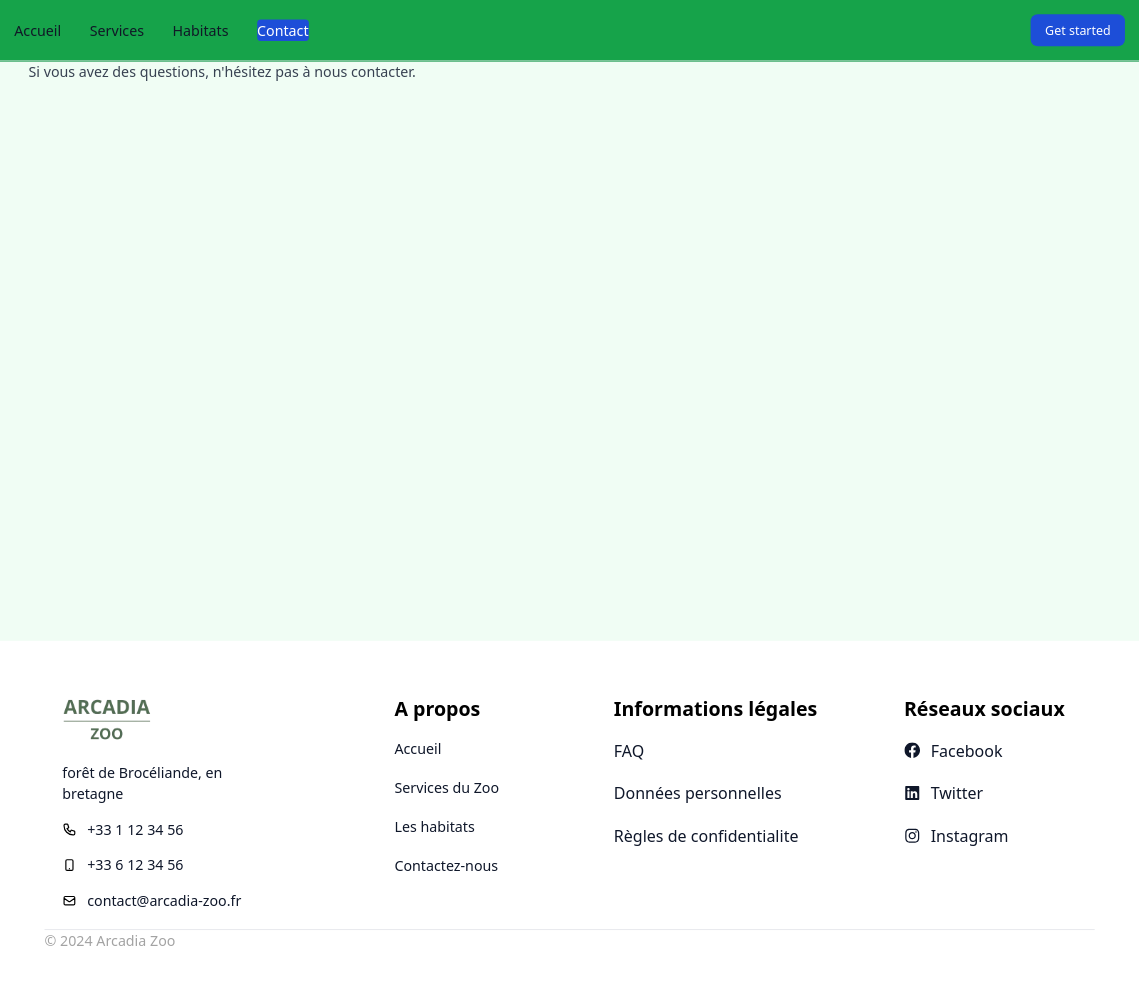
Repository: rdaa99/zoo-arcadia
Page: /contact
These files come from the project's save history. The page is drawn as it stood at one moment and after a run of saves; the edit follows.
The browser window is 1280 px wide. The pictures show the whole page, at 89% of full size.
The project was rebuilt for these pictures with package versions that can differ from the ones it lists, and the page was loaded fresh each time. The framework's server and built-in components were replaced by stand-ins that run in the browser. Also part of the build but not shown: next.config.ts, components/organisms/Navbar/theme.tsx, components/organisms/Navbar/NavbarMobile.tsx, components/molecules/Button/TextButton.tsx.

Above is the page before, as saved 2024-11-18 22:20:31.

After the next 2 saves:
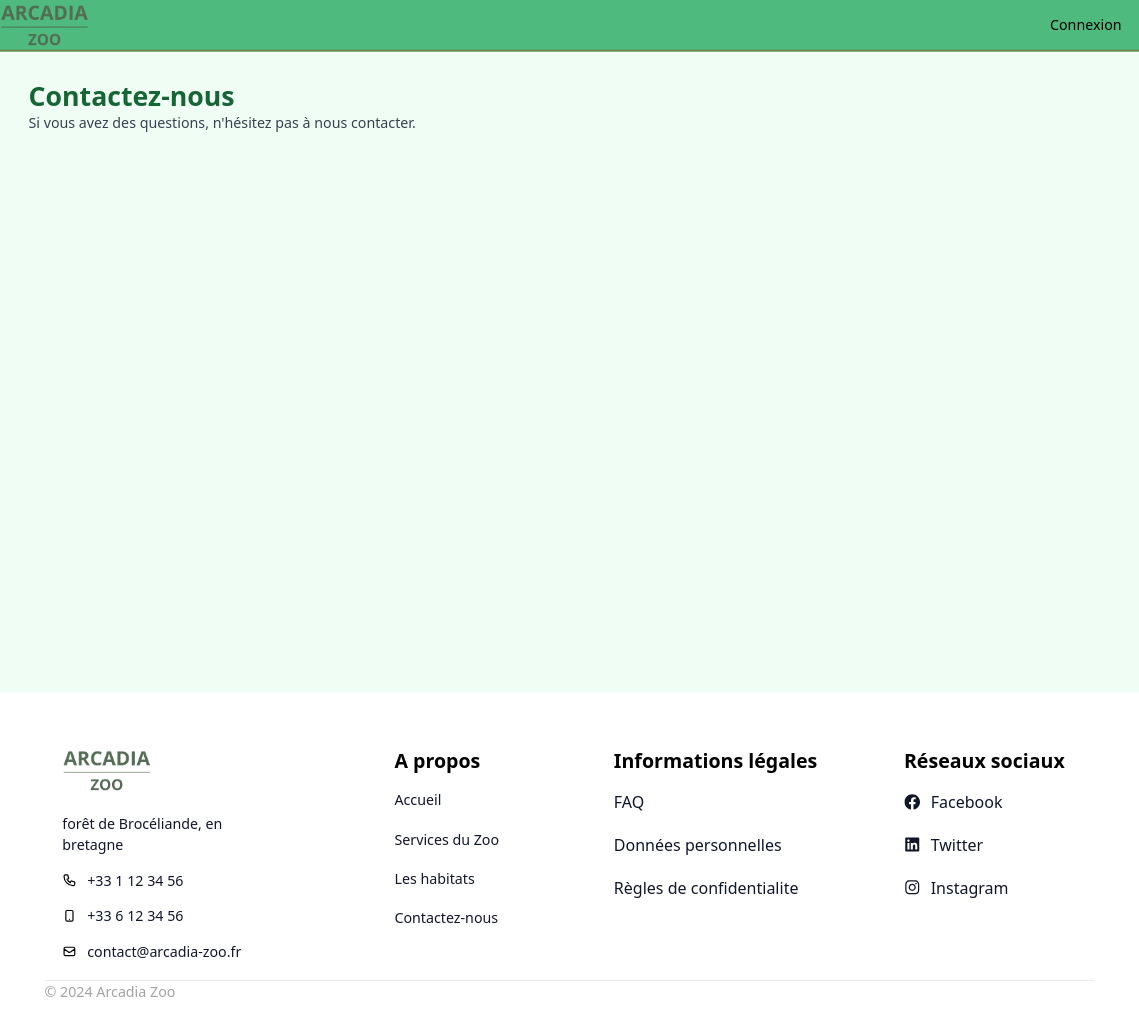
The 2 saves are shown as one change because 1 did not build or start.
The last was saved 18 s later.
--- a/components/organisms/Navbar/Navbar.tsx
+++ b/components/organisms/Navbar/Navbar.tsx
@@ -34,66 +34,35 @@ export const Navbar = () => {
   }, []);
 
   return (
-    <nav
-      className={`bg-green-600 fixed w-full z-20 top-0 start-0 border-b border-brown-500 ${
-        shadow > scrollThreshold ? "shadow-lg" : ""
+    <FlowbiteNavbar
+      className={`transition-shadow duration-300 ${
+        shadow > scrollThreshold ? "shadow-[0_4px_10px_rgba(0,0,0,0.2)]" : ""
       }`}
+      style={{
+        backgroundColor: "rgba(60, 179, 113, 0.9)", // Vert moyen
+        borderBottom: "2px solid rgba(139, 69, 19, 0.5)", // Bordure marron clair
+      }}
     >
-      <div className="max-w-screen-xl flex flex-wrap items-center justify-between mx-auto p-4">
-        <div className="flex md:order-2 space-x-3 md:space-x-0">
-          <button
-            type="button"
-            className="text-white bg-blue-700 hover:bg-blue-800 focus:ring-4 focus:outline-none focus:ring-blue-300 font-medium rounded-lg text-sm px-4 py-2 text-center"
-          >
-            Get started
-          </button>
-          <button
-            data-collapse-toggle="navbar-sticky"
-            type="button"
-            className="inline-flex items-center p-2 w-10 h-10 justify-center text-sm text-gray-500 rounded-lg md:hidden hover:bg-gray-100 focus:outline-none focus:ring-2 focus:ring-gray-200"
-            aria-controls="navbar-sticky"
-            aria-expanded="false"
-          >
-            <span className="sr-only">Open main menu</span>
-            <svg
-              className="w-5 h-5"
-              aria-hidden="true"
-              xmlns="http://www.w3.org/2000/svg"
-              fill="none"
-              viewBox="0 0 17 14"
-            >
-              <path
-                stroke="currentColor"
-                strokeLinecap="round"
-                strokeLinejoin="round"
-                strokeWidth="2"
-                d="M1 1h15M1 7h15M1 13h15"
-              />
-            </svg>
-          </button>
+      <Logo />
+      <FlowbiteNavbar.Collapse>
+        <div className="flex flex-row gap-x-16">
+          {navbarList.map((page) => (
+            <FlowbiteNavbar.Link as={Link} href={page.link} key={page.name}>
+              <Typography
+                customClassName={`hover:text-[#FFD700] hover:border-b-2 text-base ${
+                  pathname === page.link ? "border-b-2 border-primary-700" : ""
+                }`}
+                color="dark"
+              >
+                {page.name}
+              </Typography>
+            </FlowbiteNavbar.Link>
+          ))}
         </div>
-        <div
-          className="items-center justify-between hidden w-full md:flex md:w-auto md:order-1"
-          id="navbar-sticky"
-        >
-          <ul className="flex flex-col p-4 md:p-0 mt-4 font-medium border border-gray-100 rounded-lg bg-green-500 md:space-x-8 md:flex-row md:mt-0 md:border-0 md:bg-green-600">
-            {navbarList.map((page) => (
-              <li key={page.name}>
-                <a
-                  href={page.link}
-                  className={`block py-2 px-3 rounded ${
-                    pathname === page.link
-                      ? "text-white bg-blue-700"
-                      : "text-gray-900 hover:bg-green-400"
-                  } md:p-0 md:dark:text-blue-500 dark:text-white`}
-                >
-                  {page.name}
-                </a>
-              </li>
-            ))}
-          </ul>
-        </div>
-      </div>
-    </nav>
+      </FlowbiteNavbar.Collapse>
+      <Button size="s" color="primary" href="/connexion">
+        Connexion
+      </Button>
+    </FlowbiteNavbar>
   );
 };
